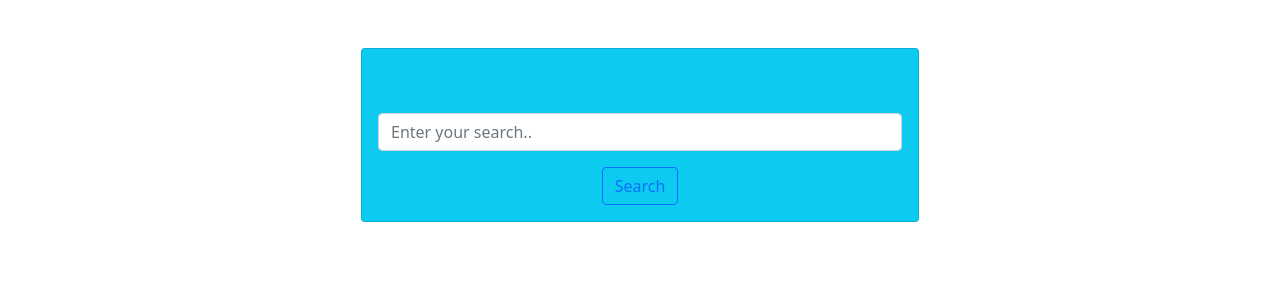
Repository: Hits-95/Spring
Page: http://localhost/SpringMVC_Search/home
The author's editor kept a copy of each file at every save. The page is drawn from the files as they stood at one save, then again after the next save.
The browser window is 1280 px wide. The pictures show the whole page.
The page is served by Tomcat 9. Other server files are loaded and not shown.

Above is the page before, as saved 2021-04-10 07:07:44.

### SpringMVC_Search/src/main/webapp/WEB-INF/spring-servlet.xml
<?xml version="1.0" encoding="UTF-8"?>
<beans xmlns="http://www.springframework.org/schema/beans"
	xmlns:xsi="http://www.w3.org/2001/XMLSchema-instance" xmlns:context="http://www.springframework.org/schema/context"
	xmlns:p="http://www.springframework.org/schema/p" xmlns:tx="http://www.springframework.org/schema/tx"
	xsi:schemaLocation="http://www.springframework.org/schema/beans
 	http://www.springframework.org/schema/beans/spring-beans.xsd
 	http://www.springframework.org/schema/context
 	http://www.springframework.org/schema/context/spring-context.xsd
 	http://www.springframework.org/schema/tx
 	http://www.springframework.org/schema/tx/spring-tx.xsd
 	">


	<!-- enable annotation -->
	<context:component-scan base-package="SpringMVC_Search"></context:component-scan>
	<!-- this is our bean -->

	<bean
		class="org.springframework.web.servlet.view.InternalResourceViewResolver"
		name="viewResolver">

		<property name="prefix" value="/WEB-INF/views/" />
		<property name="suffix" value=".jsp" />
	</bean>



</beans>

### SpringMVC_Search/src/main/webapp/WEB-INF/views/home.jsp
<%@ page language="java" contentType="text/html; charset=ISO-8859-1"
	pageEncoding="ISO-8859-1"%>
<%@include file="link.jsp"%>
<!DOCTYPE html PUBLIC "-//W3C//DTD HTML 4.01 Transitional//EN" "http://www.w3.org/TR/html4/loose.dtd">
<html>
<head>
<meta http-equiv="Content-Type" content="text/html; charset=ISO-8859-1">
<title>Home</title>
</head>
<body>
	<div class="container">
		<div class="card mx-auto mt-5 bg-info" style="width: 50%;">
			<!-- <img src="..." class="card-img-top" alt="..."> -->
			<div class="card-body">
				<form class = "mt-5" action="">
					<div class="mb-3">
						<input type="text" class="form-control" id="querybox"
							name="querybox" placeholder="Enter your search..">
					</div>
					<div class="container text-center">
						<button type="button" class="btn btn-outline-primary">Search</button>
					</div>
				</form>
			</div>
		</div>
	</div>

</body>
</html>

### SpringMVC_Search/src/main/webapp/WEB-INF/views/link.jsp
<!doctype html>
<html lang="en">
  <head>
    <!-- Required meta tags -->
    <meta charset="utf-8">
    <meta name="viewport" content="width=device-width, initial-scale=1">

    <!-- Bootstrap CSS -->
    <link href="https://cdn.jsdelivr.net/npm/bootstrap@5.0.0-beta3/dist/css/bootstrap.min.css" rel="stylesheet" integrity="sha384-eOJMYsd53ii+scO/bJGFsiCZc+5NDVN2yr8+0RDqr0Ql0h+rP48ckxlpbzKgwra6" crossorigin="anonymous">


  </head>
  <body>


    <!-- Optional JavaScript; choose one of the two! -->

    <!-- Option 1: Bootstrap Bundle with Popper -->
    <script src="https://cdn.jsdelivr.net/npm/bootstrap@5.0.0-beta3/dist/js/bootstrap.bundle.min.js" integrity="sha384-JEW9xMcG8R+pH31jmWH6WWP0WintQrMb4s7ZOdauHnUtxwoG2vI5DkLtS3qm9Ekf" crossorigin="anonymous"></script>

    <!-- Option 2: Separate Popper and Bootstrap JS -->
    <!--
    <script src="https://cdn.jsdelivr.net/npm/@popperjs/core@2.9.1/dist/umd/popper.min.js" integrity="sha384-SR1sx49pcuLnqZUnnPwx6FCym0wLsk5JZuNx2bPPENzswTNFaQU1RDvt3wT4gWFG" crossorigin="anonymous"></script>
    <script src="https://cdn.jsdelivr.net/npm/bootstrap@5.0.0-beta3/dist/js/bootstrap.min.js" integrity="sha384-j0CNLUeiqtyaRmlzUHCPZ+Gy5fQu0dQ6eZ/xAww941Ai1SxSY+0EQqNXNE6DZiVc" crossorigin="anonymous"></script>
    -->
  </body>
</html>

### SpringMVC_Search/src/main/java/SpringMVC_Search/SearchController.java
package SpringMVC_Search;

import org.springframework.stereotype.Controller;
import org.springframework.web.bind.annotation.RequestMapping;

@Controller
public class SearchController {

	@RequestMapping("/home")
	public String home(){

		System.out.println("home was called...");
		return"home";
	}
}

After the next save:
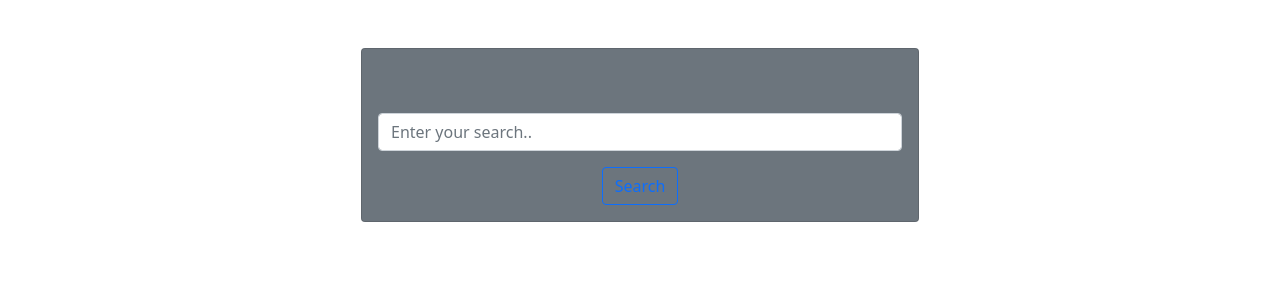
Saved 83 s later.
--- a/SpringMVC_Search/src/main/webapp/WEB-INF/views/home.jsp
+++ b/SpringMVC_Search/src/main/webapp/WEB-INF/views/home.jsp
@@ -9,7 +9,7 @@
 </head>
 <body>
 	<div class="container">
-		<div class="card mx-auto mt-5 bg-info" style="width: 50%;">
+		<div class="card mx-auto mt-5 bg-secondary" style="width: 50%;">
 			<!-- <img src="..." class="card-img-top" alt="..."> -->
 			<div class="card-body">
 				<form class = "mt-5" action="">
